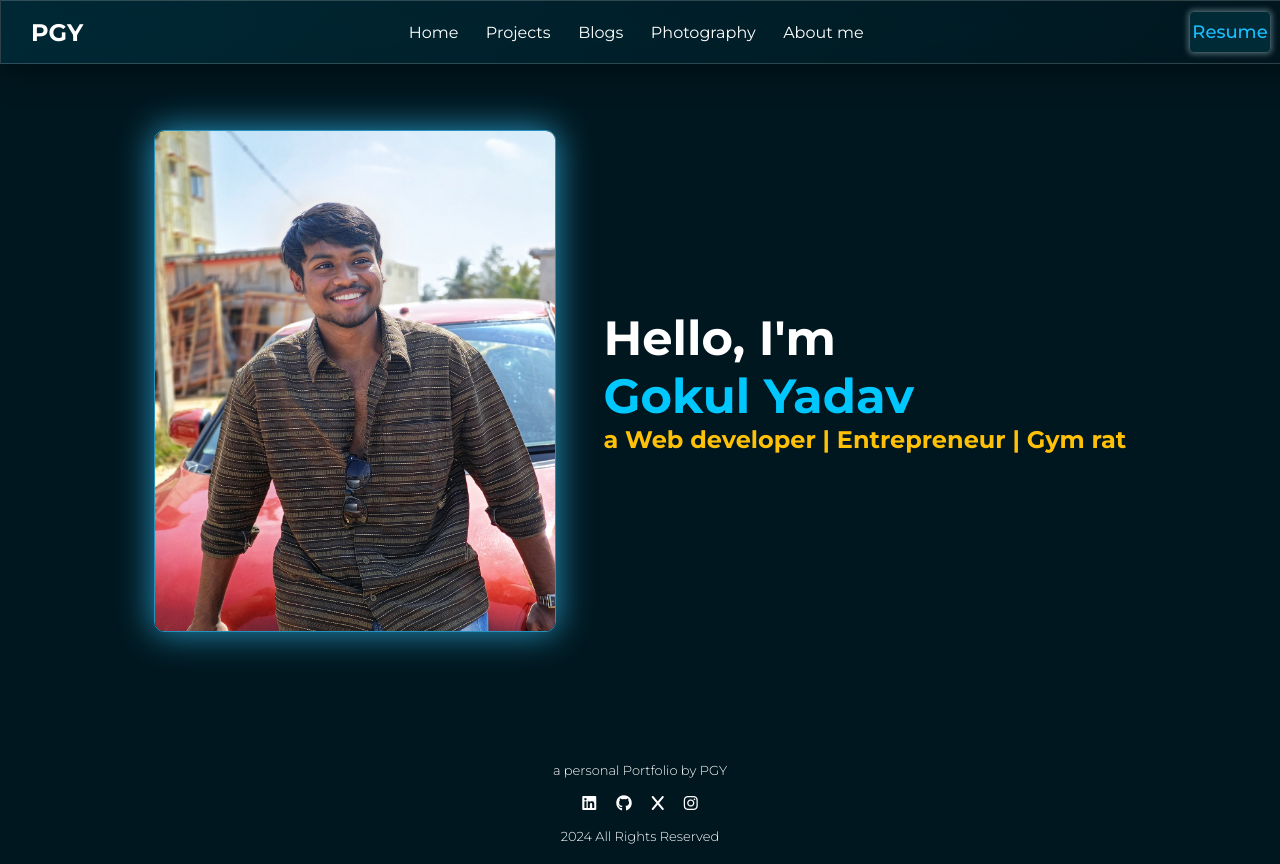
Repository: pgyunknown/pgyunknown
Page: index.html
An editor plug-in stored every save of this project. The page is shown before and after the next save, followed by the edit.
The browser window is 1280 px wide. The pictures show the whole page.
Some web libraries are served in a nearby version.

Above is the page before, as saved 2024-08-14 18:15:52.

After the next save:
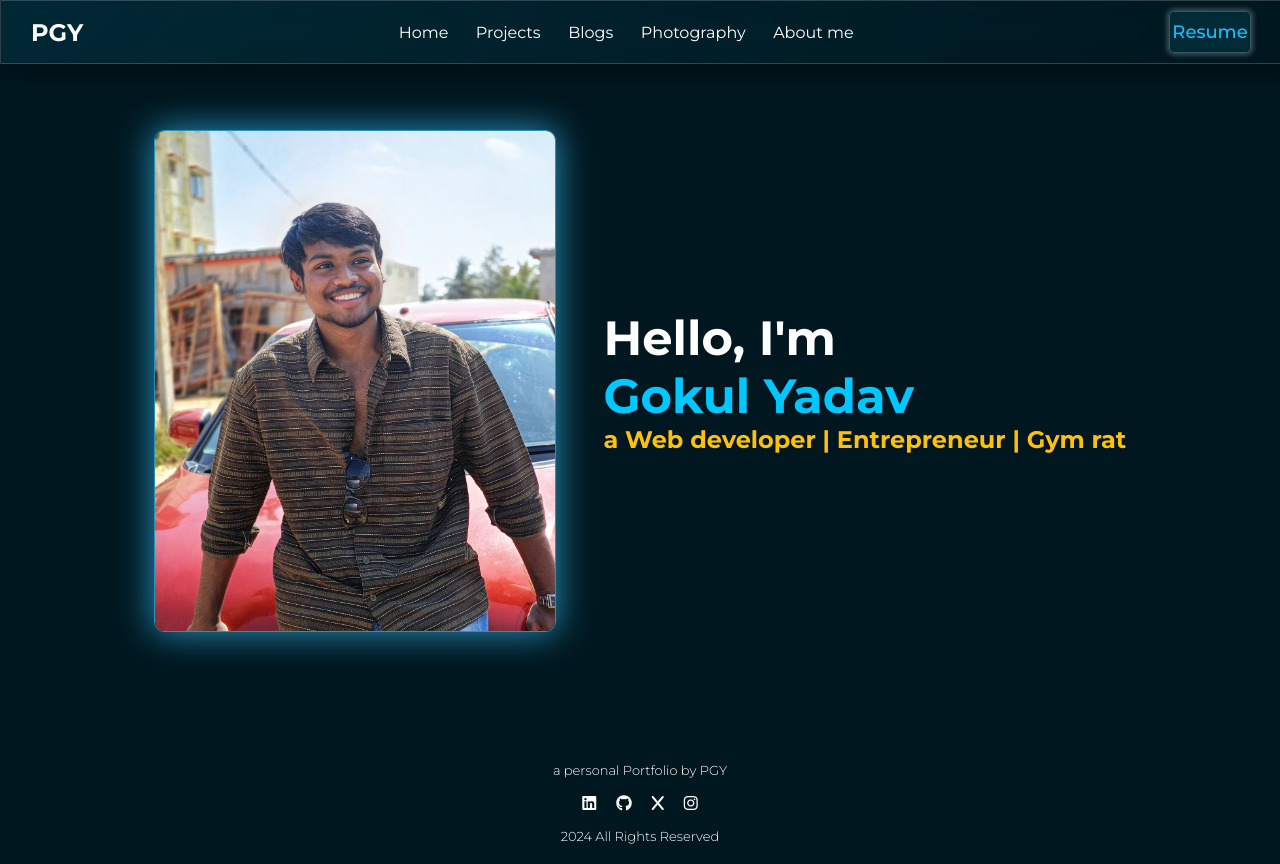
Saved 12 s later.
--- a/index.css
+++ b/index.css
@@ -85,7 +85,7 @@ header{
     justify-content: center;
     margin-right: 20px;
     background-color: #00171F;
-    margin-right: 20px;
+    margin-right: 40px;
 }
 .resume_con button{
     background-color:rgba(0, 200, 255, 0.1);
